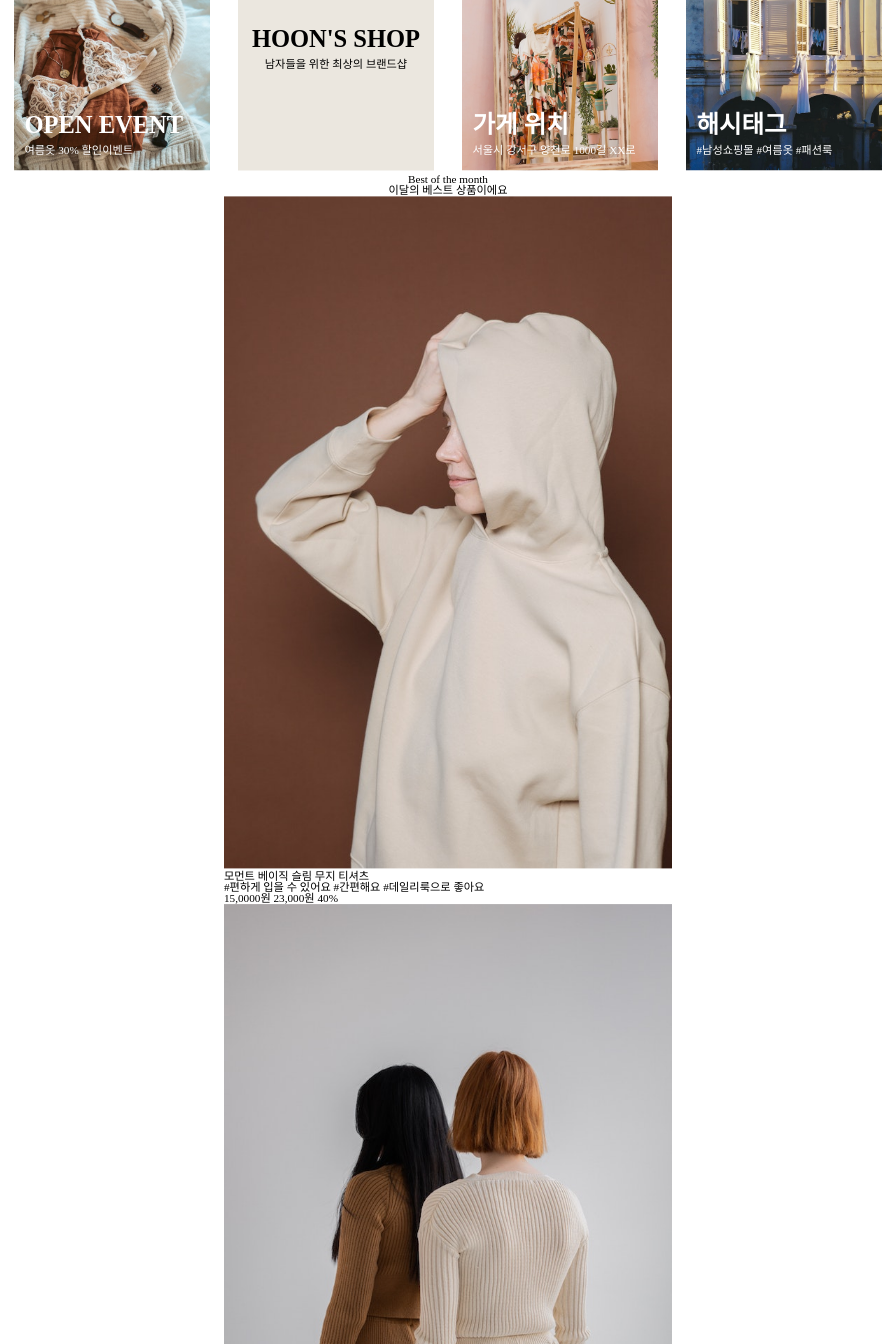
Repository: Iimchaehoon/cafeProject
Page: src/index.html
The author's editor kept a copy of each file at every save. The page is drawn from the files as they stood at one save, then again after the next save.
The browser window is 1280 px wide. The pictures show the part of the page from y = 831 to 2751 px (the page is 5156 px tall before and 5170 px after), at 70% of full size.
Some web fonts or font styles are not loaded; a fallback is used. Some web libraries are served in a nearby version.

Above is the page before, as saved 2024-07-24 22:12:53.

After the next save:
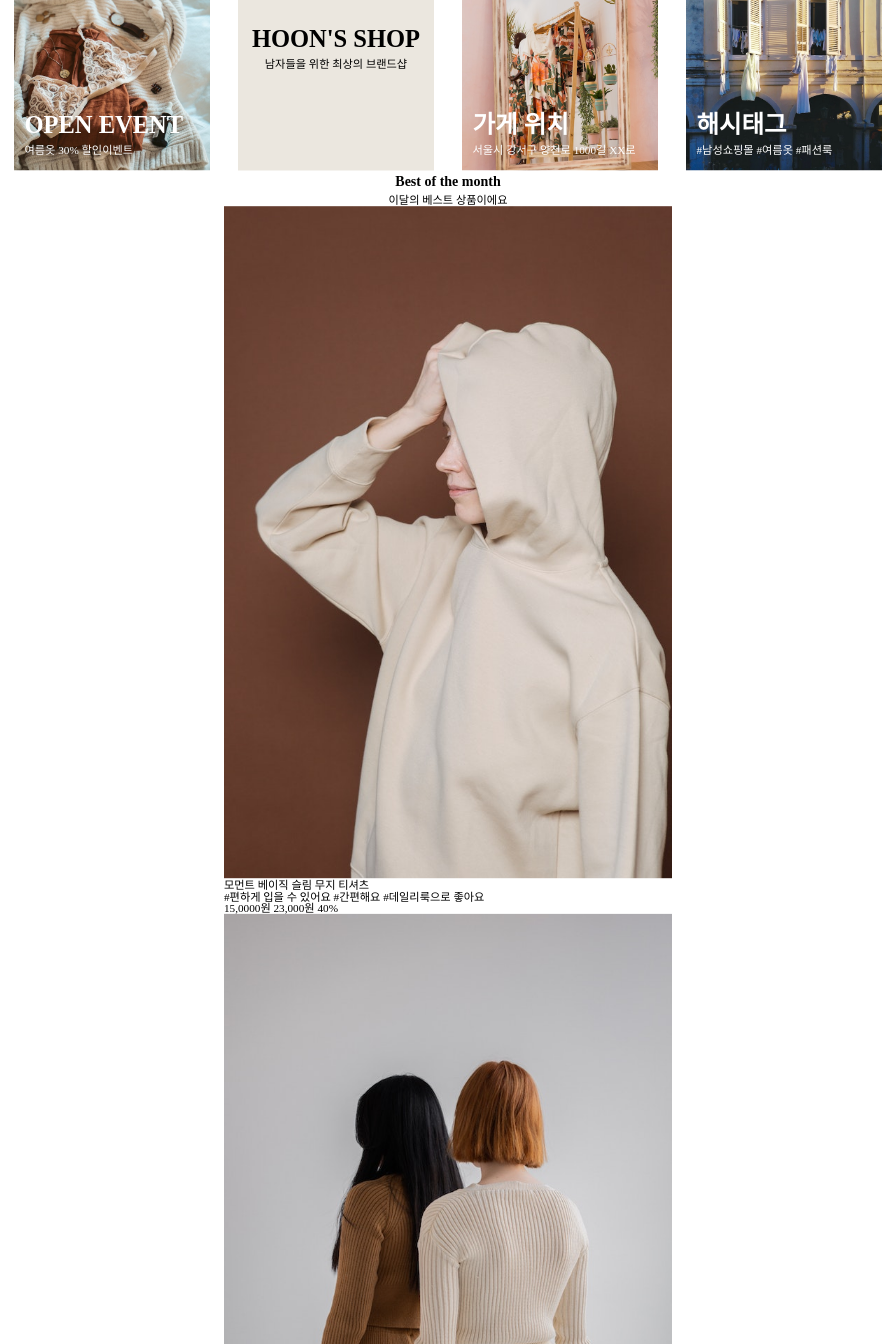
Saved 72 s later.
--- a/src/css/monthbest.css
+++ b/src/css/monthbest.css
@@ -3,3 +3,8 @@
   flex-direction: column;
   align-items: center;
 }
+.main__best-title {
+  font-size: 20px;
+  font-weight: 600;
+  margin-bottom: 10px;
+}
